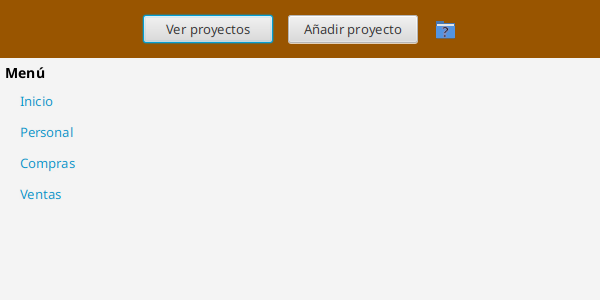
Repository: anxoportela/PROG
Program's window: java Java_Interfaz/ProyectoJavaFX/src/com/acarballeira/javaFX/ejemplo8/App.java
The author's editor kept a copy of each file at every save. The program's window is drawn from the files as they stood at one save, then again after the next save.
It runs on Java 21 on a 1366 x 768 screen with JavaFX 11; the title bar is not drawn. It also reads Java_Interfaz/ProyectoJavaFX/src/com/acarballeira/javaFX/recursos/icona_cartafol.

Above is the program's window before, as saved 2020-03-05 20:43:16.

### Java_Interfaz/ProyectoJavaFX/src/com/acarballeira/javaFX/ejemplo8/App.java
package com.acarballeira.javaFX.ejemplo8;

import java.io.InputStream;
import javafx.application.Application;
import javafx.geometry.Insets;
import javafx.geometry.Pos;
import javafx.scene.Scene;
import javafx.scene.control.Button;
import javafx.scene.control.Hyperlink;
import javafx.scene.control.Label;
import javafx.scene.image.Image;
import javafx.scene.image.ImageView;
import javafx.scene.layout.BorderPane;
import javafx.scene.layout.GridPane;
import javafx.scene.layout.HBox;
import javafx.scene.layout.Pane;
import javafx.scene.layout.StackPane;
import javafx.scene.layout.VBox;
import javafx.scene.paint.Color;
import javafx.scene.text.Font;
import javafx.scene.text.FontWeight;
import javafx.scene.text.Text;
import javafx.stage.Stage;

public class App extends Application {
	@Override
	public void start(Stage primaryStage) {

		primaryStage.setTitle("Ola Mundo!!!");

		BorderPane bp = new BorderPane();
		HBox hbox = (HBox) crearHbox();
		VBox vbox = (VBox) crearVbox();
		StackPane sp = (StackPane) crearStackPane();
		GridPane gp = (GridPane) crearGridPane();

		bp.setTop(hbox);
		bp.setLeft(vbox);
		hbox.setAlignment(Pos.CENTER);
		hbox.getChildren().add(sp);

		Scene primaryScene = new Scene(bp, 600, 300, Color.AQUA);
		primaryStage.setScene(primaryScene);
		primaryStage.show();

	}

	private Pane crearGridPane() {
		GridPane grid = new GridPane();
		Text titulo = new Text("Nombre Proyecto: ");
		titulo.setFont(Font.font("Verdana", FontWeight.BOLD, 14));
		grid.add(titulo, 1, 0);
		return grid;
	}

	private Pane crearStackPane() {
		StackPane stack = new StackPane();
		InputStream is = App.class.getResourceAsStream("/com/acarballeira/javaFX/recursos/icona_cartafol.png");
		Image img = new Image(is);
		ImageView imgV = new ImageView(img);
		imgV.setFitHeight(25);
		imgV.setFitWidth(25);

		Text ayuda = new Text("?");
		ayuda.setFont(Font.font("Verdana", FontWeight.BOLD, 14));
		ayuda.setFill(Color.BLACK);
		ayuda.setStroke(Color.web("#9090C0"));
		//ayuda.setStrokeWidth(2.5);
		stack.setMargin(ayuda, new Insets(5,0,0,0));
		stack.getChildren().add(imgV);
		stack.getChildren().add(ayuda);
		return stack;
	}

	private Pane crearHbox() {
		HBox hbox = new HBox();
		Button btn1 = new Button("Ver proyectos");
		Button btn2 = new Button("Añadir proyecto");
		hbox.setPadding(new Insets(15, 15, 15, 15));
		hbox.setSpacing(15);
		hbox.setStyle("-fx-background-color: #995500");
		btn1.setPrefSize(130, 25);
		btn2.setPrefSize(130, 25);
		hbox.getChildren().addAll(btn1, btn2);
		return hbox;
	}

	private Pane crearVbox() {
		VBox vbox = new VBox();
		vbox.setSpacing(5);
		vbox.setPadding(new Insets(5));
		Text titulo = new Text("Menú");
		titulo.setFont(Font.font("Arial", FontWeight.BOLD, 14));
		vbox.getChildren().add(titulo);

		Hyperlink [] opciones = new Hyperlink[] {
				new Hyperlink("Inicio"),
				new Hyperlink("Personal"),
				new Hyperlink("Compras"),
				new Hyperlink("Ventas"),
		};

		for (int i = 0; i < opciones.length; i++) {
			VBox.setMargin(opciones[i], new Insets(0,0,0,10));
			vbox.getChildren().add(opciones[i]);
		}

		return vbox;
	}

	public static void main(String[] args) {
		Application.launch();
	}
}

After the next save:
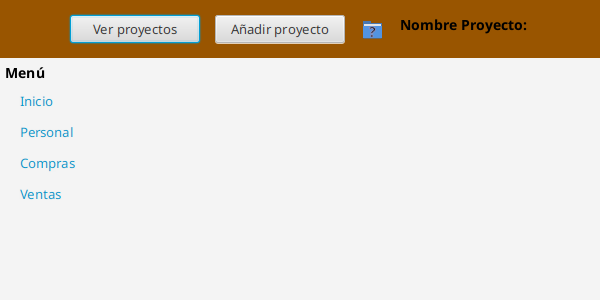
Saved 49 s later.
--- a/Java_Interfaz/ProyectoJavaFX/src/com/acarballeira/javaFX/ejemplo8/App.java
+++ b/Java_Interfaz/ProyectoJavaFX/src/com/acarballeira/javaFX/ejemplo8/App.java
@@ -38,6 +38,7 @@
 		bp.setLeft(vbox);
 		hbox.setAlignment(Pos.CENTER);
 		hbox.getChildren().add(sp);
+		hbox.getChildren().add(gp);
 
 		Scene primaryScene = new Scene(bp, 600, 300, Color.AQUA);
 		primaryStage.setScene(primaryScene);
